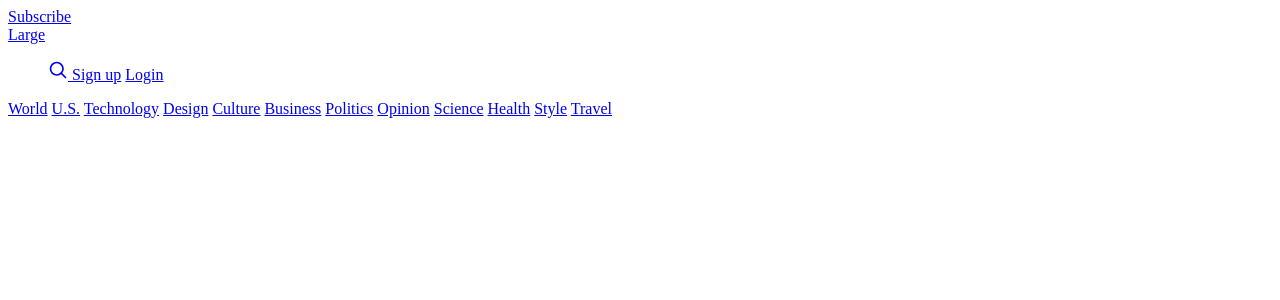
Repository: nunnunhap/Portfolio_YewMall
Page: http://localhost/layout/comm/header
These files come from the project's save history. The page is drawn as it stood at one moment and after the next save; the edit follows.
The browser window is 1280 px wide. The pictures show the whole page.
The page is this project's Thymeleaf template; nobody is signed in. The template is opened directly, without the code that normally fills it, so the values that code supplies are empty.

Above is the page before, as saved 2024-06-17 11:18:12.

### yewmall/src/main/resources/templates/layout/comm/header.html
<!DOCTYPE html>
<html lang="ko"xmlns:th="http://www.thymeleaf.org">

<div th:fragment="headerFragment">

	<header class="blog-header py-3">
    <div class="row flex-nowrap justify-content-between align-items-center">
      <div class="col-4 pt-1">
        <a class="text-muted" href="#">Subscribe</a>
      </div>
      <div class="col-4 text-center">
        <a class="blog-header-logo text-dark" href="#">Large</a>
      </div>
      <div class="col-4 d-flex justify-content-end align-items-center">
      <ul>
        <a class="text-muted" href="#" aria-label="Search">
          <svg xmlns="http://www.w3.org/2000/svg" width="20" height="20" fill="none" stroke="currentColor" stroke-linecap="round" stroke-linejoin="round" stroke-width="2" class="mx-3" role="img" viewBox="0 0 24 24" focusable="false"><title>Search</title><circle cx="10.5" cy="10.5" r="7.5"></circle><path d="M21 21l-5.2-5.2"></path></svg>
        </a>
        <a class="btn btn-sm btn-outline-secondary" href="#">Sign up</a>
        <a class="btn btn-sm btn-outline-secondary" href="#">Login</a>
        </ul>
      </div>
    </div>
  </header>


  <div class="nav-scroller py-1 mb-2">
    <nav class="nav d-flex justify-content-between">
      <a class="p-2 text-muted" href="#">World</a>
      <a class="p-2 text-muted" href="#">U.S.</a>
      <a class="p-2 text-muted" href="#">Technology</a>
      <a class="p-2 text-muted" href="#">Design</a>
      <a class="p-2 text-muted" href="#">Culture</a>
      <a class="p-2 text-muted" href="#">Business</a>
      <a class="p-2 text-muted" href="#">Politics</a>
      <a class="p-2 text-muted" href="#">Opinion</a>
      <a class="p-2 text-muted" href="#">Science</a>
      <a class="p-2 text-muted" href="#">Health</a>
      <a class="p-2 text-muted" href="#">Style</a>
      <a class="p-2 text-muted" href="#">Travel</a>
    </nav>
  </div>




</div>

</html>

After the next save:
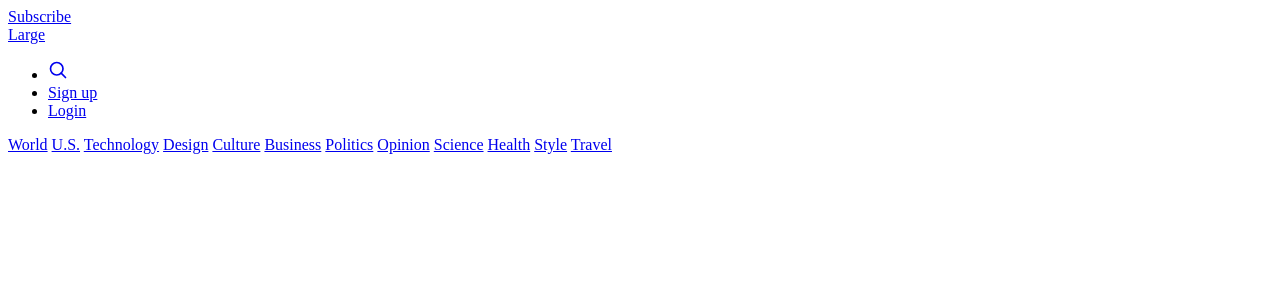
Saved 37 s later.
--- a/yewmall/src/main/resources/templates/layout/comm/header.html
+++ b/yewmall/src/main/resources/templates/layout/comm/header.html
@@ -13,11 +13,13 @@
       </div>
       <div class="col-4 d-flex justify-content-end align-items-center">
       <ul>
+      <li>
         <a class="text-muted" href="#" aria-label="Search">
           <svg xmlns="http://www.w3.org/2000/svg" width="20" height="20" fill="none" stroke="currentColor" stroke-linecap="round" stroke-linejoin="round" stroke-width="2" class="mx-3" role="img" viewBox="0 0 24 24" focusable="false"><title>Search</title><circle cx="10.5" cy="10.5" r="7.5"></circle><path d="M21 21l-5.2-5.2"></path></svg>
         </a>
-        <a class="btn btn-sm btn-outline-secondary" href="#">Sign up</a>
-        <a class="btn btn-sm btn-outline-secondary" href="#">Login</a>
+        </li>
+        <li><a class="btn btn-sm btn-outline-secondary" href="#">Sign up</a></li>
+        <li><a class="btn btn-sm btn-outline-secondary" href="#">Login</a></li>
         </ul>
       </div>
     </div>
